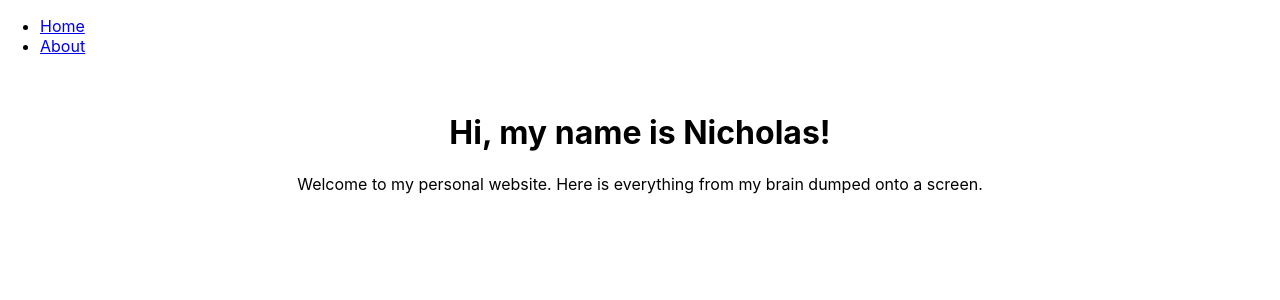
Repository: nicholaschen09/personalWebsite
Page: /
The author's editor kept a copy of each file at every save. The page is drawn from the files as they stood at one save, then again after the next save.
The browser window is 1280 px wide. The pictures show the whole page.
The project was rebuilt for these pictures with package versions that can differ from the ones it lists, and the page was loaded fresh each time. Also part of the build but not shown: src/components/About.css, src/components/About.js.

Above is the page before, as saved 2024-05-22 23:01:02.

### src/App.js
import React from 'react';
import { BrowserRouter as Router, Route, Routes, Link } from 'react-router-dom';
import About from './components/About.js';
import Home from './components/Home.js';

function App() {
  return (
    <Router>
      <div>
        <nav>
          <ul>
            <li>
              <Link to="/">Home</Link>
            </li>
            <li>
              <Link to="/about">About</Link>
            </li>
          </ul>
        </nav>

        <Routes>
          <Route path="/about" element={<About />} />
          <Route path="/" element={<Home />} />
        </Routes>
      </div>
    </Router>
  );
}

export default App;

### src/components/Home.js
// src/components/Home/Home.js
import React from 'react';
import './Home.css';

const Home = () => {
    return (
        <div className="home">
            <h1>Hi, my name is Nicholas! </h1>
            <p>Welcome to my personal website. Here is everything from my brain dumped onto a screen.</p>
        </div>
    );
};

export default Home;

### src/components/Home.css
/* src/components/Home/Home.css */
.home {
    text-align: center;
    padding: 20px;
}

Loaded but not shown: public/index.html (common file); src/index.js (common file); src/index.css (common file); src/reportWebVitals.js (common file)

After the next save:
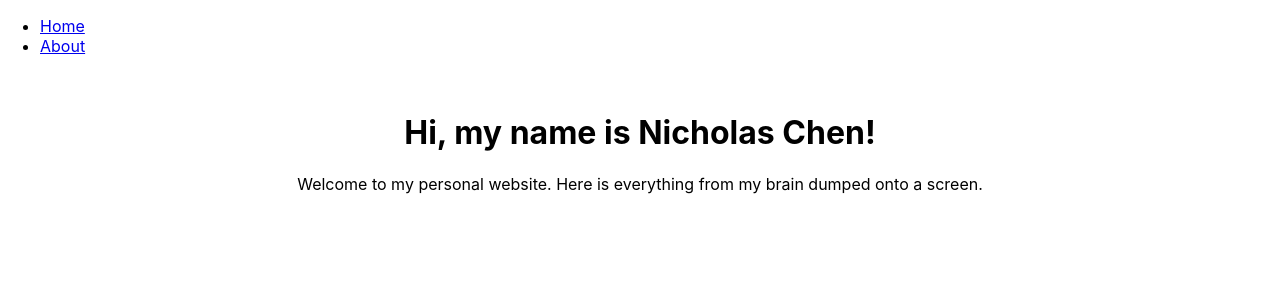
Saved 18 s later.
--- a/src/components/Home.js
+++ b/src/components/Home.js
@@ -5,7 +5,7 @@ import './Home.css';
 const Home = () => {
     return (
         <div className="home">
-            <h1>Hi, my name is Nicholas! </h1>
+            <h1>Hi, my name is Nicholas Chen! </h1>
             <p>Welcome to my personal website. Here is everything from my brain dumped onto a screen.</p>
         </div>
     );
